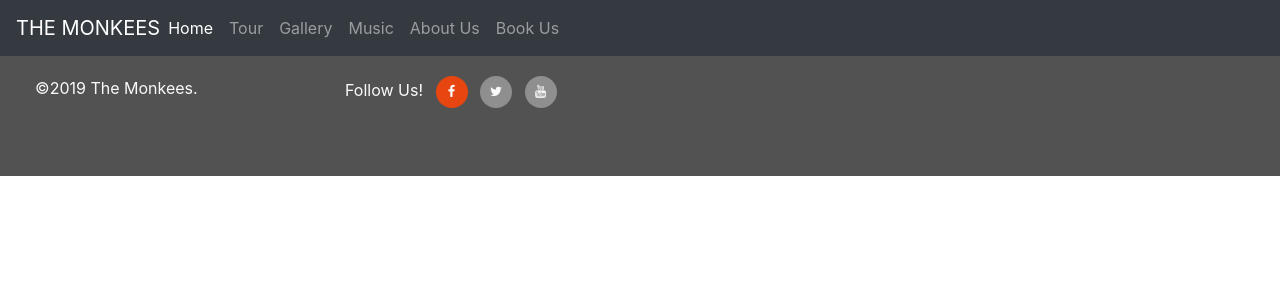
Repository: ClaraBausson/milestone_project_1
Page: index.html
The author's editor kept a record of every edit. The page is drawn from the files as they stood at one moment, then again after the next edit.
The browser window is 1280 px wide. The pictures show the whole page.
The pointer rests on the first visible `.social-links li a i`.
Some web libraries are served in a nearby version.

Above is the page before.

After the next edit:
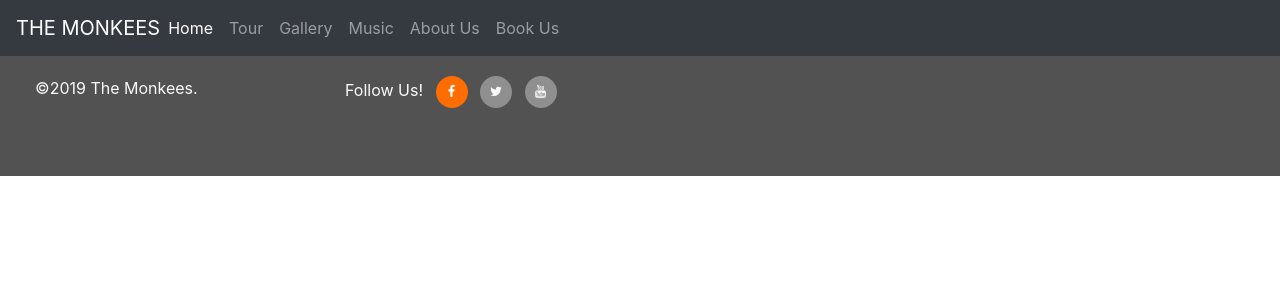
The edit:
--- a/css/main.css
+++ b/css/main.css
@@ -52,7 +52,7 @@
 }
 
 .social-links li a i:hover {
-    background: #e84610;
+    background: #FF6C00;
 }
 
 #footer-details {
